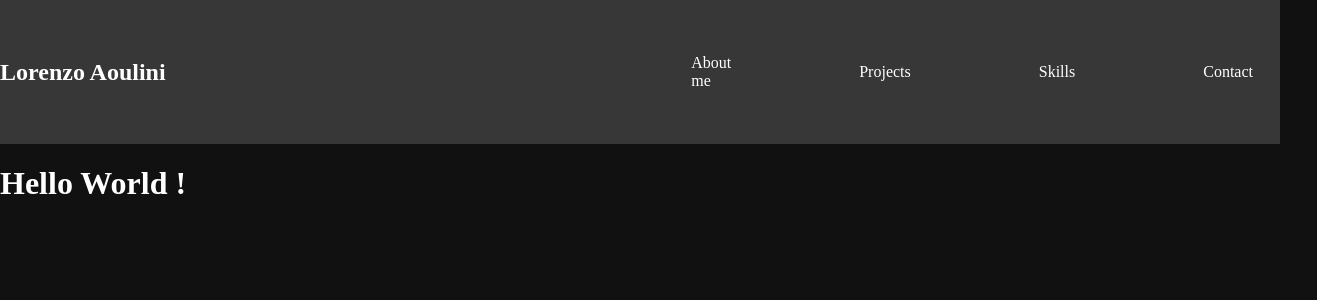
Repository: lolo298/lolo298.github.io
Page: index.html
An editor plug-in stored every save of this project. The page is shown before and after the next save, followed by the edit.
The browser window is 1280 px wide. The page is 1317 px wide, then 1280 px, so the pictures cover 1317 px, including what lies to the right of the window. The pictures show the whole page.

Above is the page before, as saved 2022-05-09 17:46:23.

### index.html
<!DOCTYPE html>
<html lang="en">

<head>
    <meta charset="UTF-8">
    <meta http-equiv="X-UA-Compatible" content="IE=edge">
    <meta name="viewport" content="width=device-width, initial-scale=1.0">
    <link rel="stylesheet" href="css/style.css">
    <title>Portfolio</title>
</head>

<body>
    <div class="main-container">
        <nav class="main-navbar">
            <h1>Lorenzo Aoulini</h1>
            <div class="main-navbar-list">
                <a class="main-navbar-item" href="#">
                    <div>About me</div>
                </a>
                <a class="main-navbar-item" href="#">
                    <div>Projects</div>
                </a>
                <a class="main-navbar-item" href="#">
                    <div>Skills</div>
                </a>
                <a class="main-navbar-item" href="#">
                    <div>Contact</div>
                </a>
            </div>

        </nav>
        <h1>Hello World !</h1>

    </div>

</body>

</html>

### css/style.css
html {
    background-color: #111111;
}

body {
    padding: 0;
    margin: 0;
    width: 100vw;
    height: 100vh;
}

.main-container {
    color: white;
    height: 100%;
    width: 100%;
}

.main-navbar {
    background-color: #373737;
    height: 20%;
    width: 100%;
    display: flex;
    justify-content: space-between;
    align-items: center;
}

.main-navbar>* {
    margin: 0;
}

.main-navbar-list {
    width: 50%;
    display: flex;
    flex-direction: row;
    align-items: center;
    justify-content: space-between;
    list-style: none;
    margin-right: 1%;
    height: 100%;
}

.main-navbar-item {
    display: flex;
    align-items: center;
    justify-content: center;
    text-decoration: none;
    color: white;
    width: max-content;
    height: 100%;
    padding: 0% 10% 0% 10%;
}

.main-navbar-item:hover {
    background-color: #6A6A6A;
}

After the next save:
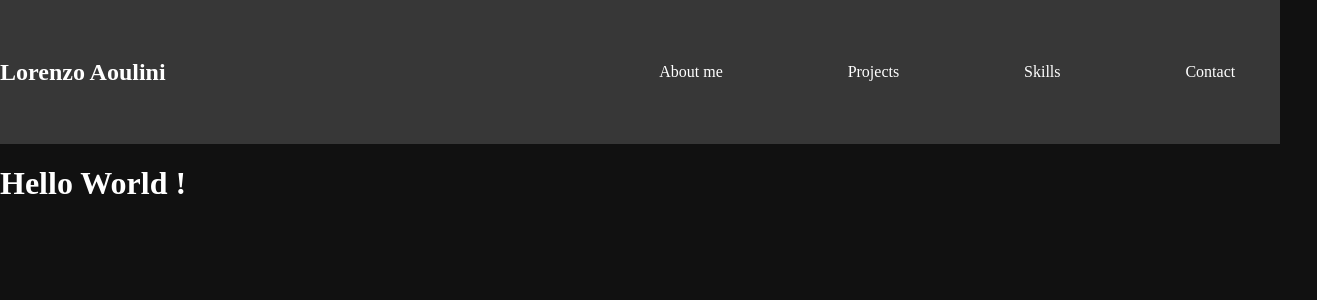
Saved 15 s later.
--- a/css/style.css
+++ b/css/style.css
@@ -47,7 +47,7 @@ body {
     color: white;
     width: max-content;
     height: 100%;
-    padding: 0% 10% 0% 10%;
+    padding: 0% 5% 0% 5%;
 }
 
 .main-navbar-item:hover {
